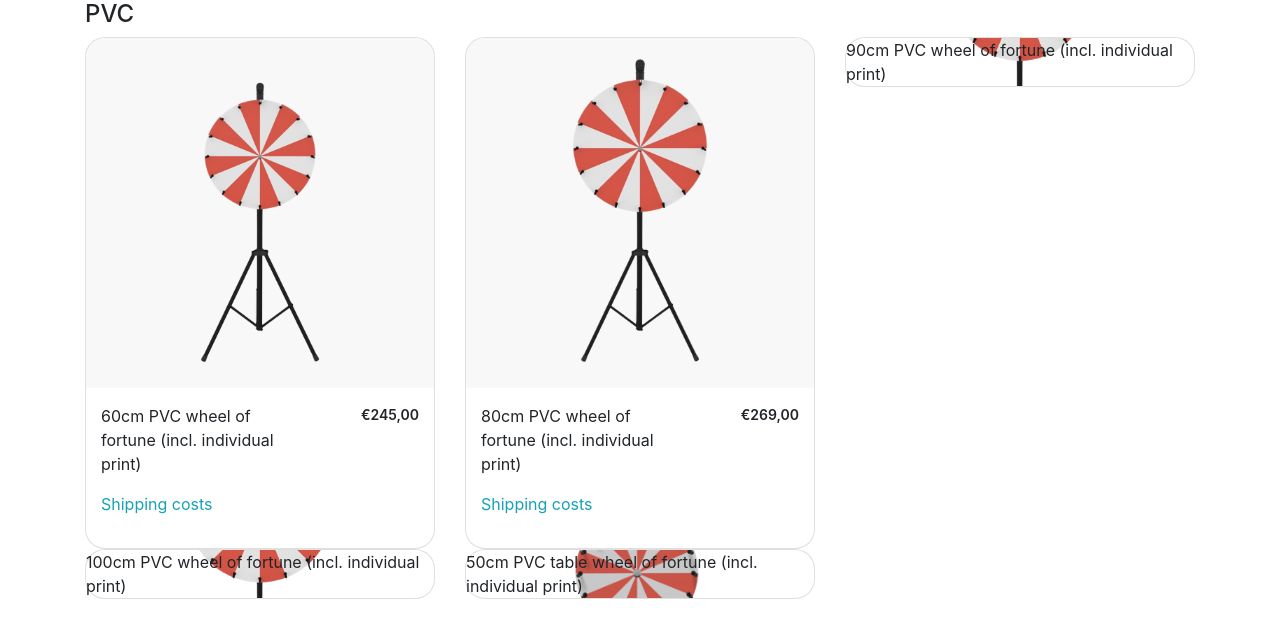
Repository: Awaisp-irfan/fahad-project
Page: pvc.html
The author's editor kept a copy of each file at every save. The page is drawn from the files as they stood at one save, then again after the next save.
The browser window is 1280 px wide. The pictures show the whole page.

Above is the page before, as saved 2022-06-30 09:29:46.

### pvc.html
<!DOCTYPE html>
<html lang="en">
  <head>
    <meta charset="UTF-8" />
    <meta http-equiv="X-UA-Compatible" content="IE=edge" />
    <meta name="viewport" content="width=device-width, initial-scale=1.0" />
    <link
      rel="stylesheet"
      href="https://cdn.jsdelivr.net/npm/bootstrap@4.6.1/dist/css/bootstrap.min.css"
      integrity="sha384-zCbKRCUGaJDkqS1kPbPd7TveP5iyJE0EjAuZQTgFLD2ylzuqKfdKlfG/eSrtxUkn"
      crossorigin="anonymous"
    />

    <link rel="stylesheet" href="./style.css" />
    <title>Document</title>
  </head>
  <body>
    <div class="container">
      <div class="row">
        <div class="col-lg-12">
          <h4 class="heading">PVC</h4>
        </div>
      </div>

      <div class="row">
        <div class="col-lg-4 col-md-6 col-12">
          <div class="card">
            <div class="img-div">
              <div class="cm60-img"></div>
            </div>
            <div class="cm60-content d-flex justify-content-between my-lg-3">
              <div class="col-8">
                <p class="cm60-title">60cm PVC wheel of fortune (incl. individual print)</p>
                <p class="text-info">Shipping costs</p>
              </div>
              <div class="col-4 ">
                <p class="price">
                    €245,00
              </p></div>
            </div>
          </div>
        </div>
        <div class="col-lg-4 col-md-6 col-12">
            <div class="card">
              <div class="img-div">
                <div class="cm80-img"></div>
              </div>
              <div class="cm60-content d-flex justify-content-between my-lg-3">
                <div class="col-8">
                  <p class="cm80-title">80cm PVC wheel of fortune (incl. individual print)</p>
                  <p class="text-info">Shipping costs</p>
                </div>
                <div class="col-4 ">
                  <p class="price">
                      €269,00
                </p></div>
              </div>
            </div>
          </div>
        <div class="col-lg-4">
          <div class="card img-div">
            <div class="cm90">
              90cm PVC wheel of fortune (incl. individual print)
            </div>
          </div>
        </div>
        <div class="col-lg-4">
          <div class="card img-div">
            <div class="cm100">
              100cm PVC wheel of fortune (incl. individual print)
            </div>
          </div>
        </div>
        <div class="col-lg-4">
          <div class="card img-div">
            <div class="cm50">
              50cm PVC table wheel of fortune (incl. individual print)
            </div>
          </div>
        </div>
      </div>
    </div>
  </body>
</html>

### style.css
.pvc{
    background-image: url(./assests/2289977149.jpg);
    background-size: cover;
    background-position: center;
    background-repeat: no-repeat;
    height: 100%;
    border-radius: 20px;
}

.col-lg-4>a > .img-div{
    height: 400px;
    border-radius: 20px;
}
.card{
    border-radius: 20px;
}
.card>.img-div{
    height: 350px;
    border-top-left-radius: 20px;
    border-top-right-radius: 20px;
    background-color: rgb(248, 248, 248);
}
.wooden{
    background-image: url(./assests/wooden.jpg);
    background-size: cover;
    background-position: center;
    background-repeat: no-repeat;
    height: 100%;
    border-radius: 20px;
}

.display{
    background-image: url(./assests/display.jpg);
    background-size: cover;
    background-position: center;
    background-repeat: no-repeat;
    height: 100%;
    border-radius: 20px;
}
.cm60-img{
    background: url(./assests/60cm_PVC-removebg-preview.png);

    background-size: cover;
    background-position: center;
    background-repeat: no-repeat;
    height: 100%;
    border-radius: 20px;
}

.cm80-img{
    background: url(./assests/80cm_PVC-removebg-preview.png);

    background-size: cover;
    background-position: center;
    background-repeat: no-repeat;
    height: 100%;
    border-radius: 20px;
}

.cm90{
    background: url(./assests/90cm_PVC-removebg-preview.png);

    background-size: cover;
    background-position: center;
    background-repeat: no-repeat;
    height: 100%;
    border-radius: 20px;
}
.cm100{
    background: url(./assests/100cm_PVC-removebg-preview.png);

    background-size: cover;
    background-position: center;
    background-repeat: no-repeat;
    height: 100%;
    border-radius: 20px;
}

.cm50{
    background: url(./assests//50cm\ PVC.png);

    background-size: cover;
    background-position: center;
    background-repeat: no-repeat;
    height: 100%;
    border-radius: 20px;
}

.title{
    font-weight: bold;
    font-size: 16px;
    margin: 0;
    padding: 0;
}

.price{
    font-size: 14px;
    font-weight: 600;
    text-align: right;
    margin: 0;
    padding: 0;
}

After the next save:
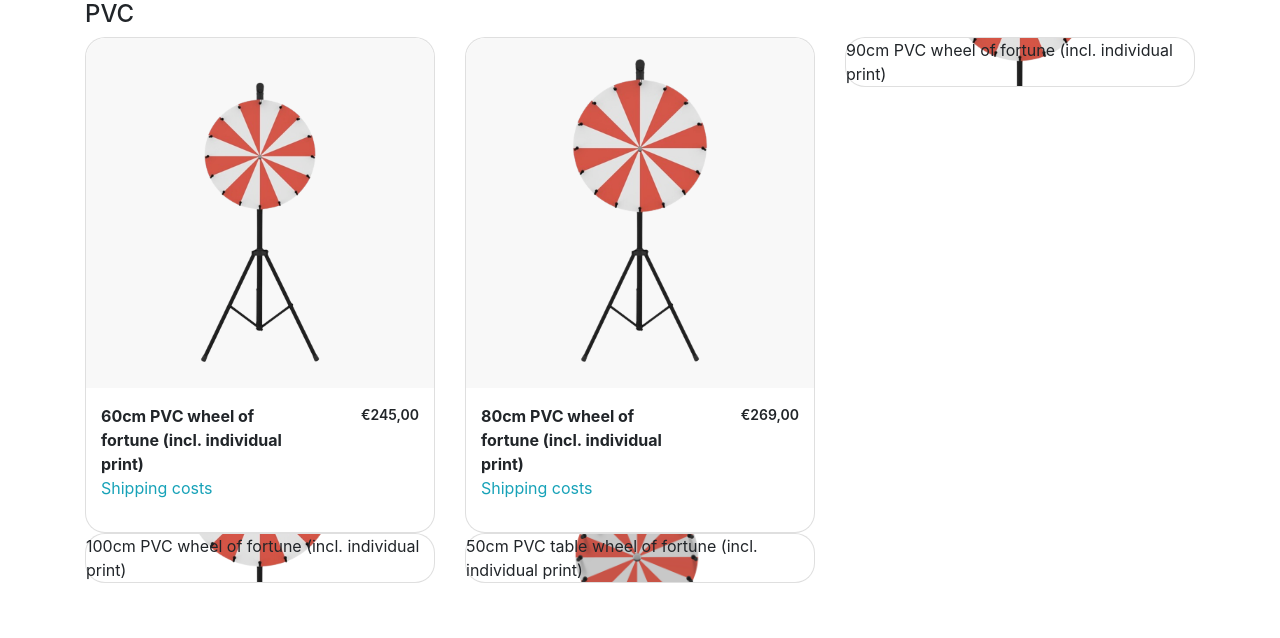
Saved 21 s later.
--- a/pvc.html
+++ b/pvc.html
@@ -30,7 +30,7 @@
             </div>
             <div class="cm60-content d-flex justify-content-between my-lg-3">
               <div class="col-8">
-                <p class="cm60-title">60cm PVC wheel of fortune (incl. individual print)</p>
+                <p class="title">60cm PVC wheel of fortune (incl. individual print)</p>
                 <p class="text-info">Shipping costs</p>
               </div>
               <div class="col-4 ">
@@ -47,7 +47,7 @@
               </div>
               <div class="cm60-content d-flex justify-content-between my-lg-3">
                 <div class="col-8">
-                  <p class="cm80-title">80cm PVC wheel of fortune (incl. individual print)</p>
+                  <p class="title">80cm PVC wheel of fortune (incl. individual print)</p>
                   <p class="text-info">Shipping costs</p>
                 </div>
                 <div class="col-4 ">
